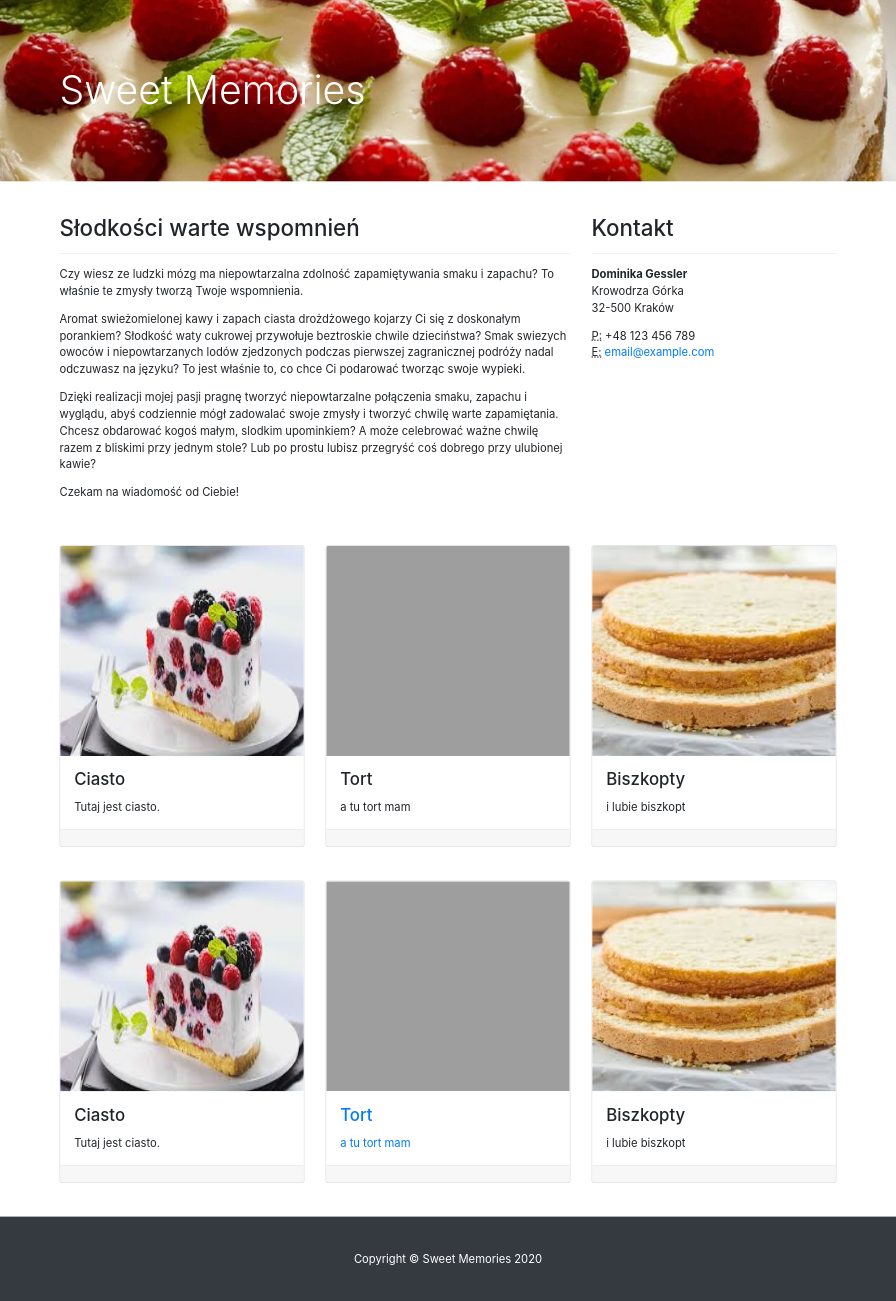
Repository: dominika260c/sweet_memories
Page: index.html
These files come from the project's save history. The page is drawn as it stood at one moment and after the next save; the edit follows.
The browser window is 1280 px wide. The pictures show the whole page, at 70% of full size.
Pictures or frames that could not be fetched are drawn as grey boxes.

Above is the page before, as saved 2020-07-02 16:19:52.

### index.html
<!DOCTYPE html>
<html lang="en">
  <head>
    <!-- Required meta tags -->
    <meta charset="utf-8" />
    <meta
      name="viewport"
      content="width=device-width, initial-scale=1, shrink-to-fit=no"
    />

    <!-- Bootstrap CSS -->
    <link
      rel="stylesheet"
      href="https://stackpath.bootstrapcdn.com/bootstrap/4.5.0/css/bootstrap.min.css"
      integrity="sha384-9aIt2nRpC12Uk9gS9baDl411NQApFmC26EwAOH8WgZl5MYYxFfc+NcPb1dKGj7Sk"
      crossorigin="anonymous"
    />
    <link rel="stylesheet" href="./style.css" />

    <title>Sweet Memories</title>
  </head>
  <body>
    <!-- Navigation -->
    <!-- <nav class="navbar navbar-expand-lg navbar-dark bg-dark fixed-top">
      <div class="container">
        <a class="navbar-brand" href="#">Start Bootstrap</a>
        <button
          class="navbar-toggler"
          type="button"
          data-toggle="collapse"
          data-target="#navbarResponsive"
          aria-controls="navbarResponsive"
          aria-expanded="false"
          aria-label="Toggle navigation"
        >
          <span class="navbar-toggler-icon"></span>
        </button>
        <div class="collapse navbar-collapse" id="navbarResponsive">
          <ul class="navbar-nav ml-auto">
            <li class="nav-item active">
              <a class="nav-link" href="#"
                >Home
                <span class="sr-only">(current)</span>
              </a>
            </li>
            <li class="nav-item">
              <a class="nav-link" href="#">About</a>
            </li>
            <li class="nav-item">
              <a class="nav-link" href="#">Services</a>
            </li>
            <li class="nav-item">
              <a class="nav-link" href="#">Contact</a>
            </li>
          </ul>
        </div>
      </div>
    </nav> -->

    <!-- Header -->
    <!-- <h1>&nbsp</h1> -->
    <header class="bg-primary py-5 mb-5 coverclass">
      <div class="container h-100">
        <div class="row h-100 align-items-center">
          <div class="col-lg-12">
            <h1 class="display-4 text-white mt-5 mb-2">
              Sweet Memories
            </h1>
            <p class="lead mb-5 text-white-50"></p>
          </div>
        </div>
      </div>
    </header>

    <!-- Page Content -->
    <div class="container">
      <div class="row">
        <div class="col-md-8 mb-5">
          <h2>Słodkości warte wspomnień</h2>
          <hr />
          <p>
            Czy wiesz ze ludzki mózg ma niepowtarzalna zdolność zapamiętywania
            smaku i zapachu? To właśnie te zmysły tworzą Twoje wspomnienia.
          </p>
          <p>
            Aromat swieżomielonej kawy i zapach ciasta drożdżowego kojarzy Ci
            się z doskonałym porankiem? Słodkość waty cukrowej przywołuje
            beztroskie chwile dzieciństwa? Smak swiezych owoców i
            niepowtarzanych lodów zjedzonych podczas pierwszej zagranicznej
            podróży nadal odczuwasz na języku? To jest właśnie to, co chce Ci
            podarować tworząc swoje wypieki.
          </p>
          <p>
            Dzięki realizacji mojej pasji pragnę tworzyć niepowtarzalne
            połączenia smaku, zapachu i wyglądu, abyś codziennie mógł zadowalać
            swoje zmysły i tworzyć chwilę warte zapamiętania. Chcesz obdarować
            kogoś małym, slodkim upominkiem? A może celebrować ważne chwilę
            razem z bliskimi przy jednym stole? Lub po prostu lubisz przegryść
            coś dobrego przy ulubionej kawie?
          </p>
          <p>
            Czekam na wiadomość od Ciebie!
          </p>
          <!-- <a class="btn btn-primary btn-lg" href="#">Call to Action &raquo;</a> -->
        </div>
        <div class="col-md-4 mb-5">
          <h2>Kontakt</h2>
          <hr />
          <address>
            <strong>Dominika Gessler</strong>
            <br />Krowodrza Górka <br />
            32-500 Kraków
            <br />
          </address>
          <address>
            <abbr title="Phone">P:</abbr>
            +48 123 456 789
            <br />
            <abbr title="Email">E:</abbr>
            <a href="mailto:#">email@example.com</a>
          </address>
        </div>
      </div>
      <!-- /.row -->

      <div class="row">
        <div class="col-md-4 mb-5">
          <div class="card h-100">
            <img
              class="card-img-top"
              src="data:[embedded picture, 10383 characters]"
              alt=""
            />
            <div class="card-body">
              <h4 class="card-title">Ciasto</h4>
              <p class="card-text">
                Tutaj jest ciasto.
              </p>
            </div>
            <div class="card-footer">
              <!-- <a href="#" class="btn btn-primary">Find Out More!</a> -->
            </div>
          </div>
        </div>

        <div class="col-md-4 mb-5">
          <div class="card h-100">
            <img
              class="card-img-top"
              src="https://images.pexels.com/photos/291528/pexels-photo-291528.jpeg?auto=compress&cs=tinysrgb&dpr=1&w=500"
              alt=""
            />
            <div class="card-body">
              <h4 class="card-title">Tort</h4>
              <p class="card-text">
                a tu tort mam
              </p>
            </div>
            <div class="card-footer">
              <!-- <a href="#" class="btn btn-primary">Find Out More!</a> -->
            </div>
          </div>
        </div>
        <div class="col-md-4 mb-5">
          <div class="card h-100">
            <img
              class="card-img-top"
              src="data:[embedded picture, 10711 characters]"
              alt=""
            />
            <div class="card-body">
              <h4 class="card-title">Biszkopty</h4>
              <p class="card-text">
                i lubie biszkopt
              </p>
            </div>
            <div class="card-footer">
              <!-- <a href="#" class="btn btn-primary">Find Out More!</a> -->
            </div>
          </div>
        </div>
      </div>
      <!-- /.row -->
      <div class="row">
        <div class="col-md-4 mb-5">
          <div class="card h-100">
            <img
              class="card-img-top"
              src="data:[embedded picture, 10383 characters]"
              alt=""
            />
            <div class="card-body">
              <h4 class="card-title">Ciasto</h4>
              <p class="card-text">
                Tutaj jest ciasto.
              </p>
            </div>
            <div class="card-footer">
              <!-- <a href="#" class="btn btn-primary">Find Out More!</a> -->
            </div>
          </div>
        </div>

        <div class="col-md-4 mb-5">
          <a href="#">
            <div class="card h-100">
              <img
                class="card-img-top"
                src="https://images.pexels.com/photos/291528/pexels-photo-291528.jpeg?auto=compress&cs=tinysrgb&dpr=1&w=500"
                alt=""
              />

              <div class="card-body">
                <h4 class="card-title">Tort</h4>
                <p class="card-text">
                  a tu tort mam
                </p>
              </div>
              <div class="card-footer">
                <!-- <a href="#" class="btn btn-primary">Find Out More!</a> -->
              </div>
            </div>
          </a>
        </div>

        <div class="col-md-4 mb-5">
          <div class="card h-100">
            <img
              class="card-img-top"
              src="data:[embedded picture, 10711 characters]"
              alt=""
            />
            <div class="card-body">
              <h4 class="card-title">Biszkopty</h4>
              <p class="card-text">
                i lubie biszkopt
              </p>
            </div>
            <div class="card-footer">
              <!-- <a href="#" class="btn btn-primary">Find Out More!</a> -->
            </div>
          </div>
        </div>
      </div>
    </div>
    <!-- /.container -->

    <!-- Footer -->
    <footer class="py-5 bg-dark">
      <div class="container">
        <p class="m-0 text-center text-white">
          Copyright &copy; Sweet Memories 2020
        </p>
      </div>
      <!-- /.container -->
    </footer>

    <!-- Optional JavaScript -->
    <!-- jQuery first, then Popper.js, then Bootstrap JS -->
    <script
      src="https://code.jquery.com/jquery-3.5.1.slim.min.js"
      integrity="sha384-DfXdz2htPH0lsSSs5nCTpuj/zy4C+OGpamoFVy38MVBnE+IbbVYUew+OrCXaRkfj"
      crossorigin="anonymous"
    ></script>
    <script
      src="https://cdn.jsdelivr.net/npm/popper.js@1.16.0/dist/umd/popper.min.js"
      integrity="sha384-Q6E9RHvbIyZFJoft+2mJbHaEWldlvI9IOYy5n3zV9zzTtmI3UksdQRVvoxMfooAo"
      crossorigin="anonymous"
    ></script>
    <script
      src="https://stackpath.bootstrapcdn.com/bootstrap/4.5.0/js/bootstrap.min.js"
      integrity="sha384-OgVRvuATP1z7JjHLkuOU7Xw704+h835Lr+6QL9UvYjZE3Ipu6Tp75j7Bh/kR0JKI"
      crossorigin="anonymous"
    ></script>
  </body>
</html>

### style.css
.coverclass {
  background-image: url(./img/ciasto1.jpg);
  background-position: center;
}

.card-img-top {
  height: 300px;
}

After the next save:
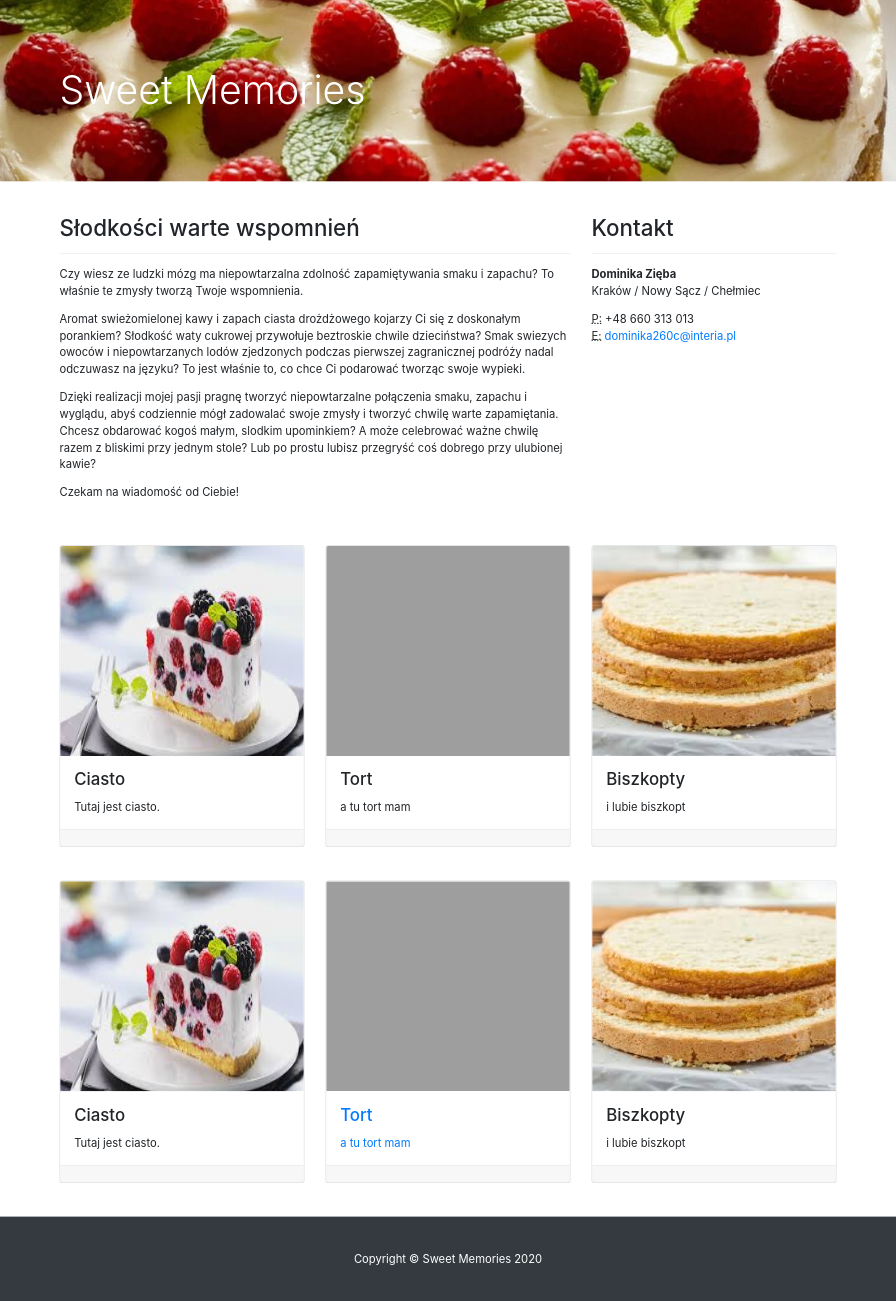
Saved 74 s later.
--- a/index.html
+++ b/index.html
@@ -107,17 +107,15 @@
           <h2>Kontakt</h2>
           <hr />
           <address>
-            <strong>Dominika Gessler</strong>
-            <br />Krowodrza Górka <br />
-            32-500 Kraków
-            <br />
+            <strong>Dominika Zięba</strong>
+            <br />Kraków / Nowy Sącz / Chełmiec <br />
           </address>
           <address>
             <abbr title="Phone">P:</abbr>
-            +48 123 456 789
+            +48 660 313 013
             <br />
             <abbr title="Email">E:</abbr>
-            <a href="mailto:#">email@example.com</a>
+            <a href="mailto:#">dominika260c@interia.pl</a>
           </address>
         </div>
       </div>
